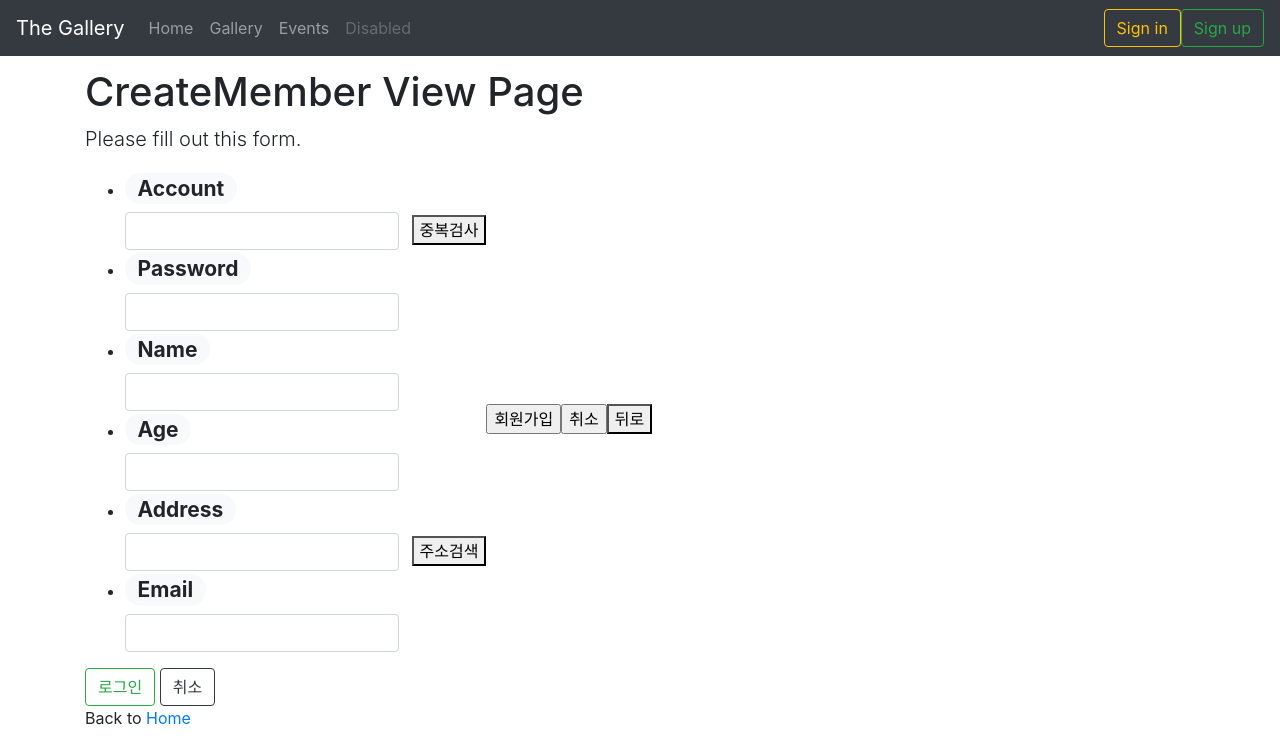
Repository: caramelsyrup/SpringProject1
Page: http://localhost/gallery/WEB-INF/views/member/createMember.jsp
The author's editor kept a copy of each file at every save. The page is drawn from the files as they stood at one save, then again after the next save.
The browser window is 1280 px wide. The pictures show the whole page.
The page is served by Tomcat 9. Nobody is signed in. Other server files are loaded and not shown. The template is opened directly, without the code that normally fills it, so the values that code supplies are empty.

Above is the page before, as saved 2020-11-17 03:49:05.

### gallery/src/main/webapp/WEB-INF/views/member/createMember.jsp
<%@ page language="java" contentType="text/html; charset=UTF-8" pageEncoding="UTF-8"%>
<%@ include file="/resources/includes/header.jsp" %>
<!DOCTYPE html>
<html>
<head>
<meta charset="UTF-8">
<title>createMember Page</title>
</head>
<main role="main" class="flex-shrink-1" style="margin-top: 20px">
  <div class="container">
    <h1 class="mt-5">CreateMember View Page</h1>
    <p class="lead">Please fill out this form.</p>
    <form  class="form-inline mt-2 mt-md-0" action="/member/createMember" method="post" id="createForm">
		<ul>
			<li>
				<h3><span class="badge badge-pill badge-light">Account</span></h3>
				<!-- 회원 아이디, 시큐리티 떄문에 username으로 정함 -->
				<input class="form-control mr-sm-2" type="text" name="username" id="username"/>
				<button type="button" id="btnIDchk">중복검사</button>
			</li>
			<li>
				<h3><span class="badge badge-pill badge-light">Password</span></h3>
				<!-- 회원 비밀번호 -->
				<input class="form-control mr-sm-2" type="password" name="password" id="password"/>
			</li>
			<li>
				<h3><span class="badge badge-pill badge-light">Name</span></h3>
				<!-- 회원 이름 -->
				<input class="form-control mr-sm-2" type="text" name="membername" id="membername"/>
			</li>
			<li>
				<h3><span class="badge badge-pill badge-light">Age</span></h3>
				<!-- 회원 나이 -->
				<input class="form-control mr-sm-2" type="text" name="age" id="age"/>
			</li>
			<li>
				<h3><span class="badge badge-pill badge-light">Address</span></h3>
				<!-- 회원 주소 -->
				<input class="form-control mr-sm-2" type="text" name="address" id="address"/>
				<button type="button" id="btnAddr">주소검색</button>
			</li>
			<li>
				<h3><span class="badge badge-pill badge-light">Email</span></h3>
				<!-- 회원 이메일주소 -->
				<input class="form-control mr-sm-2" type="email" name="email" id="email"/>
			</li>
		</ul>
		<input type="button" id="btndoCreate" value="회원가입">
		<input type="reset" value="취소">
		<button type="button" onclick="history.back()">뒤로</button>
	</form>
        <input class="btn btn-outline-success my-2 my-sm-0" type="button" id="btnLogin" value="로그인">
        <input class="btn btn-outline-dark my-2 my-sm-0" type="reset" value="취소">
   <p>Back to <a href="/">Home</a></p>
  </div>
  	<script src="/resources/js/member.js"></script>
</main>


</body>
</html>

### gallery/src/main/webapp/resources/includes/header.jsp
<%@ taglib prefix="c" uri="http://java.sun.com/jsp/jstl/core" %>
<!DOCTYPE html>
<html>
<head>
<meta charset="UTF-8">
    <meta charset="utf-8">
    <meta name="viewport" content="width=device-width, initial-scale=1, shrink-to-fit=no">
    <meta name="description" content="">
    <meta name="author" content="Mark Otto, Jacob Thornton, and Bootstrap contributors">
    <meta name="generator" content="Jekyll v4.1.1">
<script src="https://code.jquery.com/jquery-3.5.1.js" integrity="sha256-QWo7LDvxbWT2tbbQ97B53yJnYU3WhH/C8ycbRAkjPDc=" crossorigin="anonymous"></script>
<!-- Latest compiled and minified CSS -->
<link rel="stylesheet" href="https://stackpath.bootstrapcdn.com/bootstrap/4.5.2/css/bootstrap.min.css">
<!-- Latest compiled JavaScript -->
<script src="https://stackpath.bootstrapcdn.com/bootstrap/4.5.2/js/bootstrap.min.js"></script>
</head>
<!-- 최상단 -->
<body class="d-flex flex-column h-100">
    <header>
  <!-- Fixed navbar -->
  <nav class="navbar navbar-expand-md navbar-dark fixed-top bg-dark">
    <a class="navbar-brand" href="#">The Gallery</a>
    <button class="navbar-toggler" type="button" data-toggle="collapse" data-target="#navbarCollapse" aria-controls="navbarCollapse" aria-expanded="false" aria-label="Toggle navigation">
      <span class="navbar-toggler-icon"></span>
    </button>
    <div class="collapse navbar-collapse" id="navbarCollapse">
      <ul class="navbar-nav mr-auto">
        <li class="nav-item">
          <a class="nav-link" href="#">Home <!-- <span class="sr-only">(current)</span> --> </a>
        </li>
        <li class="nav-item">
          <a class="nav-link" href="#">Gallery</a>
        </li>
        <li class="nav-item">
          <a class="nav-link" href="#">Events</a>
        </li>
        <li class="nav-item">
	        <c:if test="${member.auth==0}">
	          <a class="nav-link" href="#">Info</a>
	        </c:if>
        </li>
        <li class="nav-item">
          <a class="nav-link disabled" href="#" tabindex="-1" aria-disabled="true">Disabled</a>
        </li>
      </ul>
       <c:choose>
       	<c:when test="${empty member.username}">
       		<a class="btn btn-outline-warning my-2 my-sm-0" href="/member/createMember">Sign in</a>
      		<a class="btn btn-outline-success my-2 my-sm-0" href="/customLogin">Sign up</a>
      	</c:when>
      	<c:otherwise>
        	<a class="btn btn-outline-success my-2 my-sm-0" href="/customLogout">Logout</a>
        </c:otherwise>
        </c:choose>
    </div>
  </nav>
</header>

Loaded but not shown: gallery/src/main/webapp/resources/js/member.js (no copy from this time; the picture is the same without it)

After the next save:
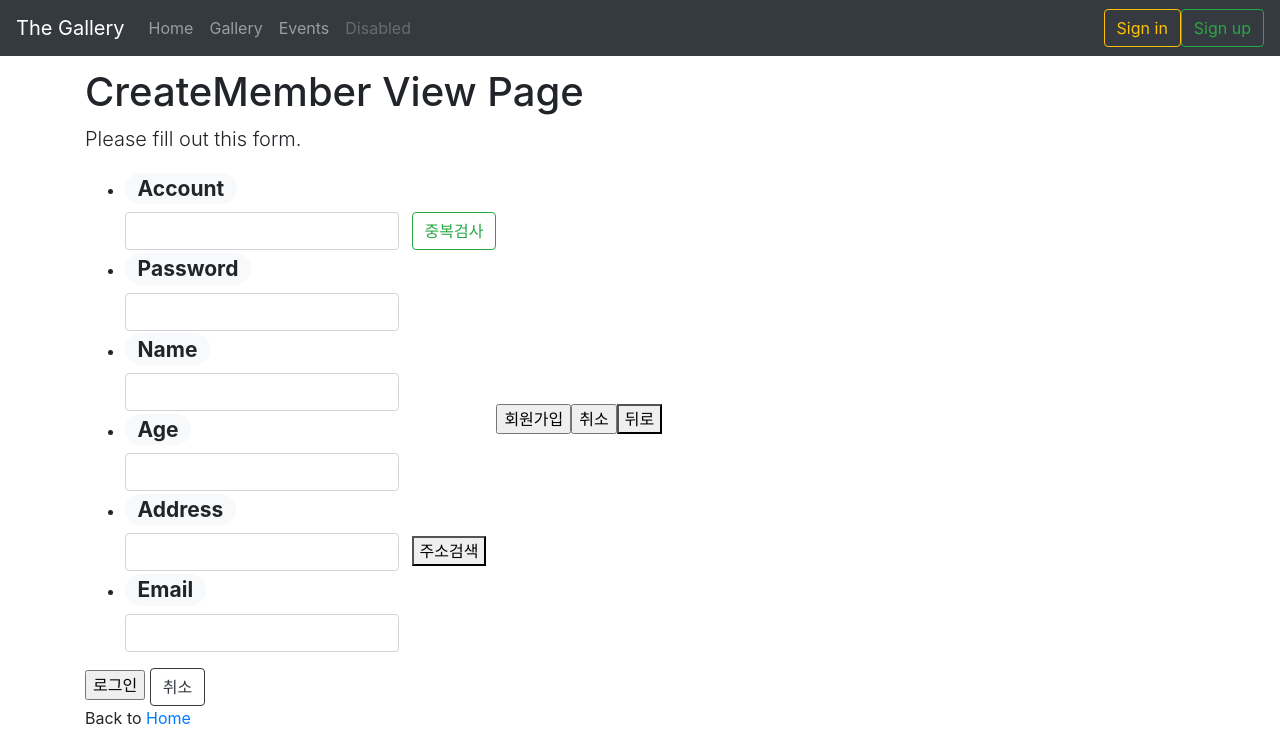
Saved 10 s later.
--- a/gallery/src/main/webapp/WEB-INF/views/member/createMember.jsp
+++ b/gallery/src/main/webapp/WEB-INF/views/member/createMember.jsp
@@ -16,7 +16,7 @@
 				<h3><span class="badge badge-pill badge-light">Account</span></h3>
 				<!-- 회원 아이디, 시큐리티 떄문에 username으로 정함 -->
 				<input class="form-control mr-sm-2" type="text" name="username" id="username"/>
-				<button type="button" id="btnIDchk">중복검사</button>
+				<button class="btn btn-outline-success my-2 my-sm-0" type="button" id="btnIDchk">중복검사</button>
 			</li>
 			<li>
 				<h3><span class="badge badge-pill badge-light">Password</span></h3>
@@ -49,7 +49,7 @@
 		<input type="reset" value="취소">
 		<button type="button" onclick="history.back()">뒤로</button>
 	</form>
-        <input class="btn btn-outline-success my-2 my-sm-0" type="button" id="btnLogin" value="로그인">
+        <input  type="button" id="btnLogin" value="로그인">
         <input class="btn btn-outline-dark my-2 my-sm-0" type="reset" value="취소">
    <p>Back to <a href="/">Home</a></p>
   </div>
